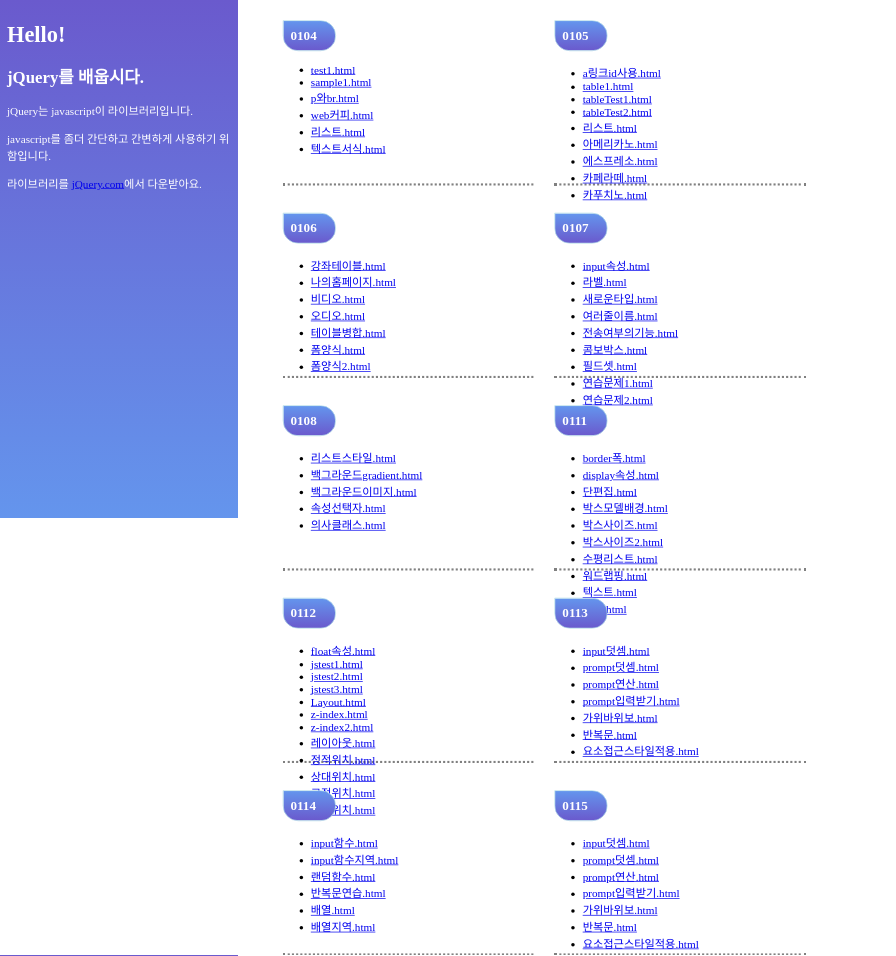
Repository: yul3220/WebProgrammingLecture
Page: jqpro/WebContent/index.html
These files come from the project's save history. The page is drawn as it stood at one moment and after the next save; the edit follows.
The browser window is 1280 px wide. The pictures show the whole page, at 70% of full size.

Above is the page before, as saved 2021-01-22 10:42:41.

### jqpro/WebContent/index.html
<!DOCTYPE html>
<html>
<head>
<meta charset="UTF-8">
<title>Insert title here</title>
<style>
html, body{
	margin : 0;
	padding : 0;
	height : 100%;
}
body>div{
	padding : 10px;
	height : 100%;
	float : left;
	/*overflow : auto;*/
}
#left{
	background:linear-gradient(to bottom, SlateBlue, CornflowerBlue);
	width : 25%;
	color : white;
	height :100%;
	position:fixed;
}
#right{
	float : right;
	width : 70%;
	height :100%;

}
#right .dd{
	width : calc(80% / 2);
	height : 35%;
	float : left;
	margin-left: 30px;
	margin-bottom : 20px;
	border-bottom : 3px dotted gray;
}
div h3{
	width : 15%;
	border : 1px solid lightblue;
	padding : 10px;
	border-radius : 0px 200px 200px 200px;
	color:white;
	background:linear-gradient(to bottom, CornflowerBlue, SlateBlue);
}

</style>
</head>
<body>
<div id="left">
  <h1>Hello!</h1>
  <h2>jQuery를 배웁시다.</h2>
  <p>jQuery는 javascript이 라이브러리입니다.</p>
  <p>javascript를 좀더 간단하고 간변하게 사용하기 위함입니다.</p>
  <p>라이브러리를 <a href="https://jquery.com/">jQuery.com</a>에서 다운받아요.</p>
</div>

<div id="right">
	<div class="dd">
	  <h3>0104</h3>
		<ul>
		 <li><a href="./2021-01-04/test1.html">test1.html</a></li>
		 <li><a href="./2021-01-04/sample1.html">sample1.html</a></li>
		 <li><a href="./2021-01-04/p와br.html">p와br.html</a></li>
		 <li><a href="./2021-01-04/web커피.html">web커피.html</a></li>
		 <li><a href="./2021-01-04/리스트.html">리스트.html</a></li>
		 <li><a href="./2021-01-04/텍스트서식.html">텍스트서식.html</a></li>
		</ul>
	</div>

	<div class="dd">
	  <h3>0105</h3>
		<ul>
		 <li><a href="./2021-01-05/a링크id사용.htmll">a링크id사용.html</a></li>
		 <li><a href="./2021-01-05/table1.html">table1.html</a></li>
		 <li><a href="./2021-01-05/tableTest1.html">tableTest1.html</a></li>
		 <li><a href="./2021-01-05/tableTest2.html">tableTest2.html</a></li>
		 <li><a href="./2021-01-05/리스트.html">리스트.html</a></li>
		 <li><a href="./2021-01-05/아메리카노.html">아메리카노.html</a></li>
		 <li><a href="./2021-01-05/에스프레소.html">에스프레소.html</a></li>
		 <li><a href="./2021-01-05/카페라떼.html">카페라떼.html</a></li>
		 <li><a href="./2021-01-05/카푸치노.html">카푸치노.html</a></li>
		</ul>
	</div>

	<div class="dd">
	  <h3>0106</h3>
		<ul>
		 <li><a href="./2021-01-06/강좌테이블.html">강좌테이블.html</a></li>
		 <li><a href="./2021-01-06/나의홈페이지.html">나의홈페이지.html</a></li>
		 <li><a href="./2021-01-06/비디오.html">비디오.html</a></li>
		 <li><a href="./2021-01-06/오디오.html">오디오.html</a></li>
		 <li><a href="./2021-01-06/테이블병합.html">테이블병합.html</a></li>
		 <li><a href="./2021-01-06/폼양식.html">폼양식.html</a></li>
		 <li><a href="./2021-01-06/폼양식2.html">폼양식2.html</a></li>
		</ul>
	</div>

	<div class="dd">
	  <h3>0107</h3>
		<ul>
		 <li><a href="./2021-01-07/input속성.html">input속성.html</a></li>
		 <li><a href="./2021-01-07/라벨.html">라벨.html</a></li>
		 <li><a href="./2021-01-07/새로운타입.html">새로운타입.html</a></li>
		 <li><a href="./2021-01-07/여러줄이름.html">여러줄이름.html</a></li>
		 <li><a href="./2021-01-07/전송여부의기능.html">전송여부의기능.html</a></li>
		 <li><a href="./2021-01-07/콤보박스.html">콤보박스.html</a></li>
		 <li><a href="./2021-01-07/필드셋.html">필드셋.html</a></li>
		 <li><a href="./2021-01-07/연습문제1.html">연습문제1.html</a></li>
		 <li><a href="./2021-01-07/연습문제2.html">연습문제2.html</a></li>
		</ul>
	</div>


	<div class="dd">
	  <h3>0108</h3>
		<ul>
		 <li><a href="./2021-01-08/리스트스타일.html">리스트스타일.html</a></li>
		 <li><a href="./2021-01-08/백그라운드gradient.html">백그라운드gradient.html</a></li>
		 <li><a href="./2021-01-08/백그라운드이미지.html">백그라운드이미지.html</a></li>
		 <li><a href="./2021-01-08/속성선택자.html">속성선택자.html</a></li>
		 <li><a href="./2021-01-08/의사클래스.html">의사클래스.html</a></li>
		</ul>
	</div>

	<div class="dd">
	  <h3>0111</h3>
		<ul>
		 <li><a href="./2021-01-11/border폭.html">border폭.html</a></li>
		 <li><a href="./2021-01-11/display속성.html">display속성.html</a></li>
		 <li><a href="./2021-01-11/단편집.html">단편집.html</a></li>
		 <li><a href="./2021-01-11/박스모델배경.html">박스모델배경.html</a></li>
		 <li><a href="./2021-01-11/박스사이즈.html">박스사이즈.html</a></li>
		 <li><a href="./2021-01-11/박스사이즈2.html">박스사이즈2.html</a></li>
		 <li><a href="./2021-01-11/수평리스트.html">수평리스트.html</a></li>
		 <li><a href="./2021-01-11/워드랩핑.html">워드랩핑.html</a></li>
		 <li><a href="./2021-01-11/텍스트.html">텍스트.html</a></li>
		 <li><a href="./2021-01-11/폰트.html">폰트.html</a></li>
		</ul>
	</div>

	<div class="dd">
	  <h3>0112</h3>
		<ul>
		 <li><a href="./2021-01-12/float속성.html">float속성.html</a></li>
		 <li><a href="./2021-01-12/jstest1.html">jstest1.html</a></li>
		 <li><a href="./2021-01-12/jstest2.html">jstest2.html</a></li>
		 <li><a href="./2021-01-12/jstest3.html">jstest3.html</a></li>
		 <li><a href="./2021-01-12/Layout.html">Layout.html</a></li>
		 <li><a href="./2021-01-12/z-index.html">z-index.html</a></li>
		 <li><a href="./2021-01-12/z-index2.html">z-index2.html</a></li>
		 <li><a href="./2021-01-12/레이아웃.html">레이아웃.html</a></li>
		 <li><a href="./2021-01-12/정적위치.html">정적위치.html</a></li>
		 <li><a href="./2021-01-12/상대위치.html">상대위치.html</a></li>
		 <li><a href="./2021-01-12/고정위치.html">고정위치.html</a></li>
		 <li><a href="./2021-01-12/절대위치.html">절대위치.html</a></li>
		</ul>
	</div>

	<div class="dd">
	  <h3>0113</h3>
		<ul>
		 <li><a href="./2021-01-13/input덧셈.html">input덧셈.html</a></li>
		 <li><a href="./2021-01-13/prompt덧셈.html">prompt덧셈.html</a></li>
		 <li><a href="./2021-01-13/prompt연산.html">prompt연산.html</a></li>
		 <li><a href="./2021-01-13/prompt입력받기.html">prompt입력받기.html</a></li>
		 <li><a href="./2021-01-13/가위바위보.html">가위바위보.html</a></li>
		 <li><a href="./2021-01-13/반복문.html">반복문.html</a></li>
		 <li><a href="./2021-01-13/요소접근스타일적용.html">요소접근스타일적용.html</a></li>
		</ul>
	</div>

	<div class="dd">
	  <h3>0114</h3>
		<ul>
		 <li><a href="./2021-01-14/input함수.html">input함수.html</a></li>
		 <li><a href="./2021-01-14/input함수지역.html">input함수지역.html</a></li>
		 <li><a href="./2021-01-14/랜덤함수.html">랜덤함수.html</a></li>
		 <li><a href="./2021-01-14/반복문연습.html">반복문연습.html</a></li>
		 <li><a href="./2021-01-14/배열.html">배열.html</a></li>
		 <li><a href="./2021-01-14/배열지역.html">배열지역.html</a></li>
		</ul>
	</div>

	<div class="dd">
	  <h3>0115</h3>
		<ul>
		 <li><a href="./2021-01-13/input덧셈.html">input덧셈.html</a></li>
		 <li><a href="./2021-01-13/prompt덧셈.html">prompt덧셈.html</a></li>
		 <li><a href="./2021-01-13/prompt연산.html">prompt연산.html</a></li>
		 <li><a href="./2021-01-13/prompt입력받기.html">prompt입력받기.html</a></li>
		 <li><a href="./2021-01-13/가위바위보.html">가위바위보.html</a></li>
		 <li><a href="./2021-01-13/반복문.html">반복문.html</a></li>
		 <li><a href="./2021-01-13/요소접근스타일적용.html">요소접근스타일적용.html</a></li>
		</ul>
	</div>
</div>
</body>
</html>

After the next save:
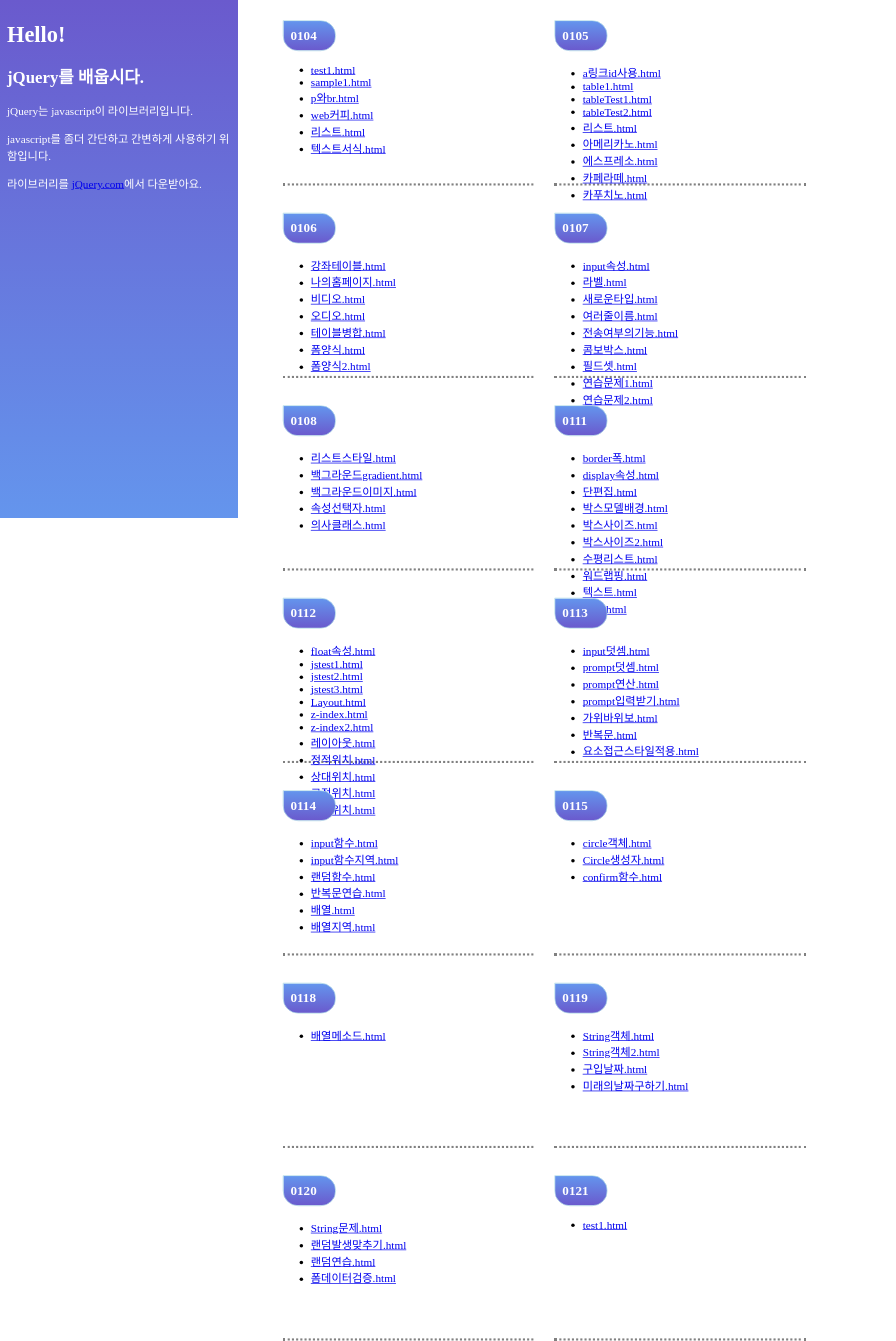
Saved 4 min 0 s later.
--- a/jqpro/WebContent/index.html
+++ b/jqpro/WebContent/index.html
@@ -186,13 +186,44 @@ div h3{
 	<div class="dd">
 	  <h3>0115</h3>
 		<ul>
-		 <li><a href="./2021-01-13/input덧셈.html">input덧셈.html</a></li>
-		 <li><a href="./2021-01-13/prompt덧셈.html">prompt덧셈.html</a></li>
-		 <li><a href="./2021-01-13/prompt연산.html">prompt연산.html</a></li>
-		 <li><a href="./2021-01-13/prompt입력받기.html">prompt입력받기.html</a></li>
-		 <li><a href="./2021-01-13/가위바위보.html">가위바위보.html</a></li>
-		 <li><a href="./2021-01-13/반복문.html">반복문.html</a></li>
-		 <li><a href="./2021-01-13/요소접근스타일적용.html">요소접근스타일적용.html</a></li>
+		 <li><a href="./2021-01-15/circle객체.html">circle객체.html</a></li>
+		 <li><a href="./2021-01-15/Circle생성자.html">Circle생성자.html</a></li>
+		 <li><a href="./2021-01-15/confirm함수.html">confirm함수.html</a></li>
+		</ul>
+	</div>
+
+	<div class="dd">
+	  <h3>0118</h3>
+		<ul>
+		 <li><a href="./2021-01-18/배열메소드.html">배열메소드.html</a></li>
+		</ul>
+	</div>
+
+	<div class="dd">
+	  <h3>0119</h3>
+		<ul>
+		 <li><a href="./2021-01-19/String객체.html">String객체.html</a></li>
+		 <li><a href="./2021-01-19/String객체2.html">String객체2.html</a></li>
+		 <li><a href="./2021-01-19/구입날짜.html">구입날짜.html</a></li>
+		 <li><a href="./2021-01-19/미래의날짜구하기.html">미래의날짜구하기.html</a></li>
+		</ul>
+	</div>
+
+	<div class="dd">
+	  <h3>0120</h3>
+		<ul>
+		 <li><a href="./2021-01-20/String문제.html">String문제.html</a></li>
+		 <li><a href="./2021-01-20/랜덤발생맞추기.html">랜덤발생맞추기.html</a></li>
+		 <li><a href="./2021-01-20/랜덤연습.html">랜덤연습.html</a></li>
+		 <li><a href="./2021-01-20/폼데이터검증.html">폼데이터검증.html</a></li>
+		</ul>
+	</div>
+
+	<div class="dd">
+	  <h3>0121</h3>
+		<ul>
+		 <li><a href="../../jqpro/webContent/2021-01-21/test1.html">test1.html</a></li>
+
 		</ul>
 	</div>
 </div>
